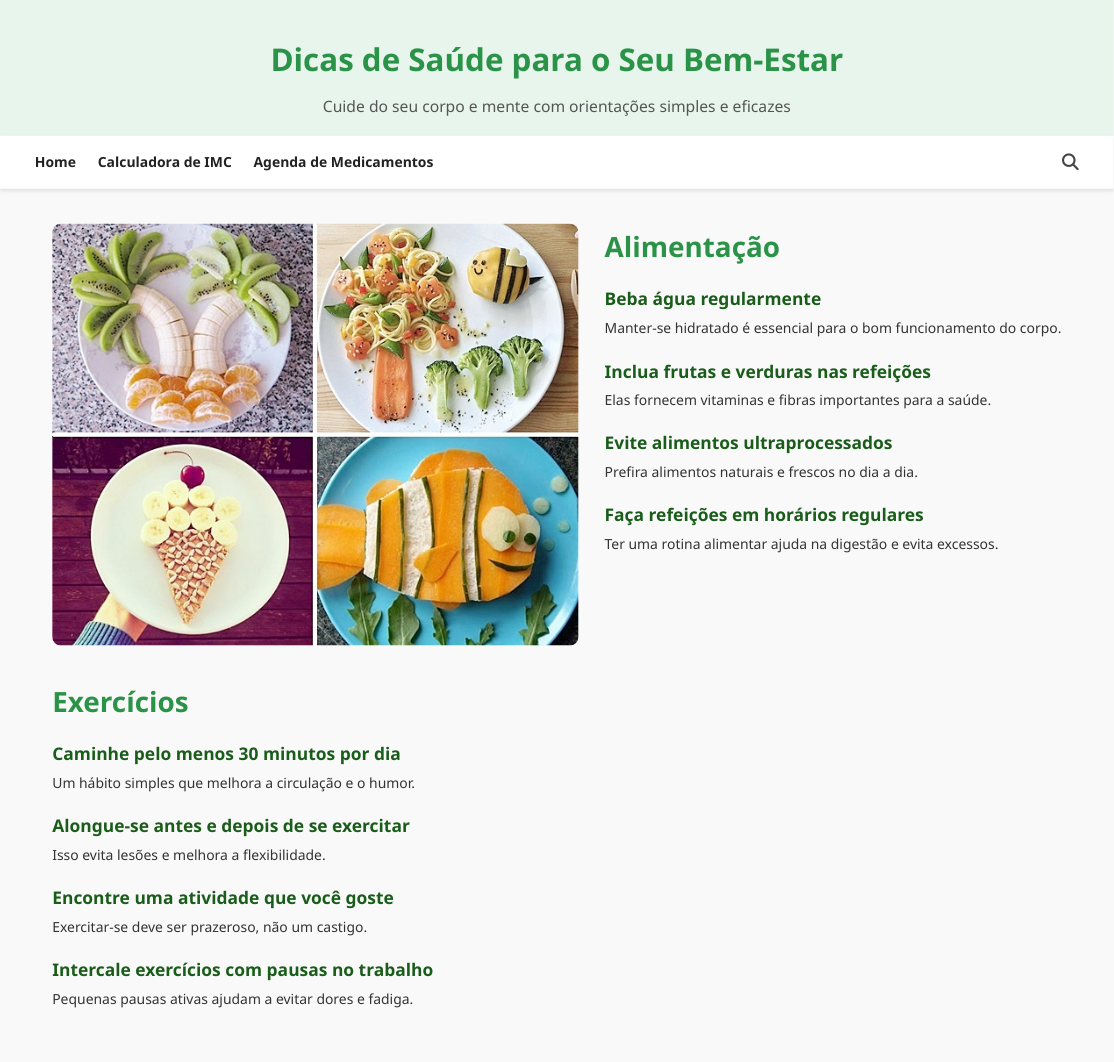
Repository: Cristiane-Sartori14/dicasSaude
Page: index.html
These files come from the project's save history. The page is drawn as it stood at one moment and after the next save; the edit follows.
The browser window is 1280 px wide. The pictures show the whole page, at 87% of full size.

Above is the page before, as saved 2025-05-18 22:17:51.

### index.html
<!DOCTYPE html>
<html lang="en">
  <head>
    <meta charset="UTF-8" />
    <meta name="viewport" content="width=device-width, initial-scale=1.0" />
    <title>Dicas de Saúde</title>
    <link rel="stylesheet" href="style.css" />

    <link
      rel="stylesheet"
      href="https://cdnjs.cloudflare.com/ajax/libs/font-awesome/6.5.0/css/all.min.css"
    />
  </head>
  <body>
    <!-- Título principal da página -->
    <section class="main-title">
      <h1>Dicas de Saúde para o Seu Bem-Estar</h1>
      <p>Cuide do seu corpo e mente com orientações simples e eficazes</p>
    </section>

    <!--Cabeçalho-->
    <header class="header">
      <div class="nav-container">
        <nav>
          <ul class="nav-links">
            <li><a href="#">Home</a></li>
            <li><a href="#">Calculadora de IMC</a></li>
            <li><a href="#">Agenda de Medicamentos</a></li>
          </ul>
        </nav>
        <div class="header-icons">
          <div class="icon search-icon">
            <i class="fa-solid fa-magnifying-glass"></i>
          </div>
        </div>
      </div>
    </header>

    <main class="health-container">
      <div class="health-image">
        <img src="img/alimento.jpg" alt="Prato com alimentação saudável" />
      </div>

      <section class="topic" id="" alimentacao>
        <h1 class="health-title">Alimentação</h1>

        <div class="tip">
          <h3>Beba água regularmente</h3>
          <p>
            Manter-se hidratado é essencial para o bom funcionamento do corpo.
          </p>
        </div>

        <div class="tip">
          <h3>Inclua frutas e verduras nas refeições</h3>
          <p>Elas fornecem vitaminas e fibras importantes para a saúde.</p>
        </div>

        <div class="tip">
          <h3>Evite alimentos ultraprocessados</h3>
          <p>Prefira alimentos naturais e frescos no dia a dia.</p>
        </div>

        <div class="tip">
          <h3>Faça refeições em horários regulares</h3>
          <p>Ter uma rotina alimentar ajuda na digestão e evita excessos.</p>
        </div>
      </section>

      <section class="topic" id="exercicios">
        <h1 class="health-title">Exercícios</h1>
        <div class="tip">
          <h3>Caminhe pelo menos 30 minutos por dia</h3>
          <p>Um hábito simples que melhora a circulação e o humor.</p>
        </div>
        <div class="tip">
          <h3>Alongue-se antes e depois de se exercitar</h3>
          <p>Isso evita lesões e melhora a flexibilidade.</p>
        </div>
        <div class="tip">
          <h3>Encontre uma atividade que você goste</h3>
          <p>Exercitar-se deve ser prazeroso, não um castigo.</p>
        </div>
        <div class="tip">
          <h3>Intercale exercícios com pausas no trabalho</h3>
          <p>Pequenas pausas ativas ajudam a evitar dores e fadiga.</p>
        </div>
      </section>
    </main>
  </body>
</html>

### style.css
* {
  box-sizing: border-box;
  margin: 0;
  padding: 0;
}

body {
  font-family: "Segoe UI", Tahoma, Verdana, sans-serif;
  background-color: #f9f9f9;
  color: #333;
  line-height: 1.6;
}

/*Título*/
.main-title {
  text-align: center;
  padding: 40px 20px 20px;
  background-color: #e7f5ec;
}

.main-title h1 {
  font-size: 36px;
  color: #2b9348;
  margin-bottom: 10px;
}

.main-title p {
  font-size: 18px;
  color: #555;
}

/* Cabeçalho */
.header {
  background-color: #ffffff;
  box-shadow: 0 2px 4px rgba(0, 0, 0, 0.1);
  padding: 15px 30px;
  position: sticky;
  top: 0;
  z-index: 10;
}

.nav-container {
  max-width: 1200px;
  margin: 0 auto;
  display: flex;
  justify-content: space-between;
  align-items: center;
}

.nav-links {
  list-style: none;
  display: flex;
  gap: 25px;
}

.nav-links a {
  text-decoration: none;
  color: #222;
  font-weight: 600;
  transition: color 0.3s ease;
}

.nav-links a:hover,
.header-icons i:hover {
  color: #2b9348;
}

.header-icons {
  display: flex;
  align-items: center;
  gap: 15px;
}

.icon {
  font-size: 1.2rem;
  background: none;
  border: none;
  cursor: pointer;
  color: #444;
}

/* Conteúdo principal */
.health-container {
  display: flex;
  flex-wrap: wrap;
  max-width: 1200px;
  margin: 40px auto;
  gap: 30px;
  padding: 0 20px;
}

.health-image {
  flex: 1 1 300px;
}

.health-image img {
  width: 100%;
  height: auto;
  border-radius: 10px;
}

.health-details {
  flex: 2 1 500px;
}

.health-title {
  color: #2b9348;
  font-size: 32px;
  margin-bottom: 20px;
}

.tip {
  margin-bottom: 20px;
}

.tip h3 {
  font-size: 20px;
  color: #1a5d1a;
}

.tip p {
  margin-top: 5px;
}

/* Responsivo */
@media (max-width: 768px) {
  .health-container {
    flex-direction: column;
    align-items: center;
  }

  .nav-links {
    flex-direction: column;
    align-items: center;
    gap: 10px;
  }

  .nav-container {
    flex-direction: column;
    gap: 10px;
  }
}

After the next save:
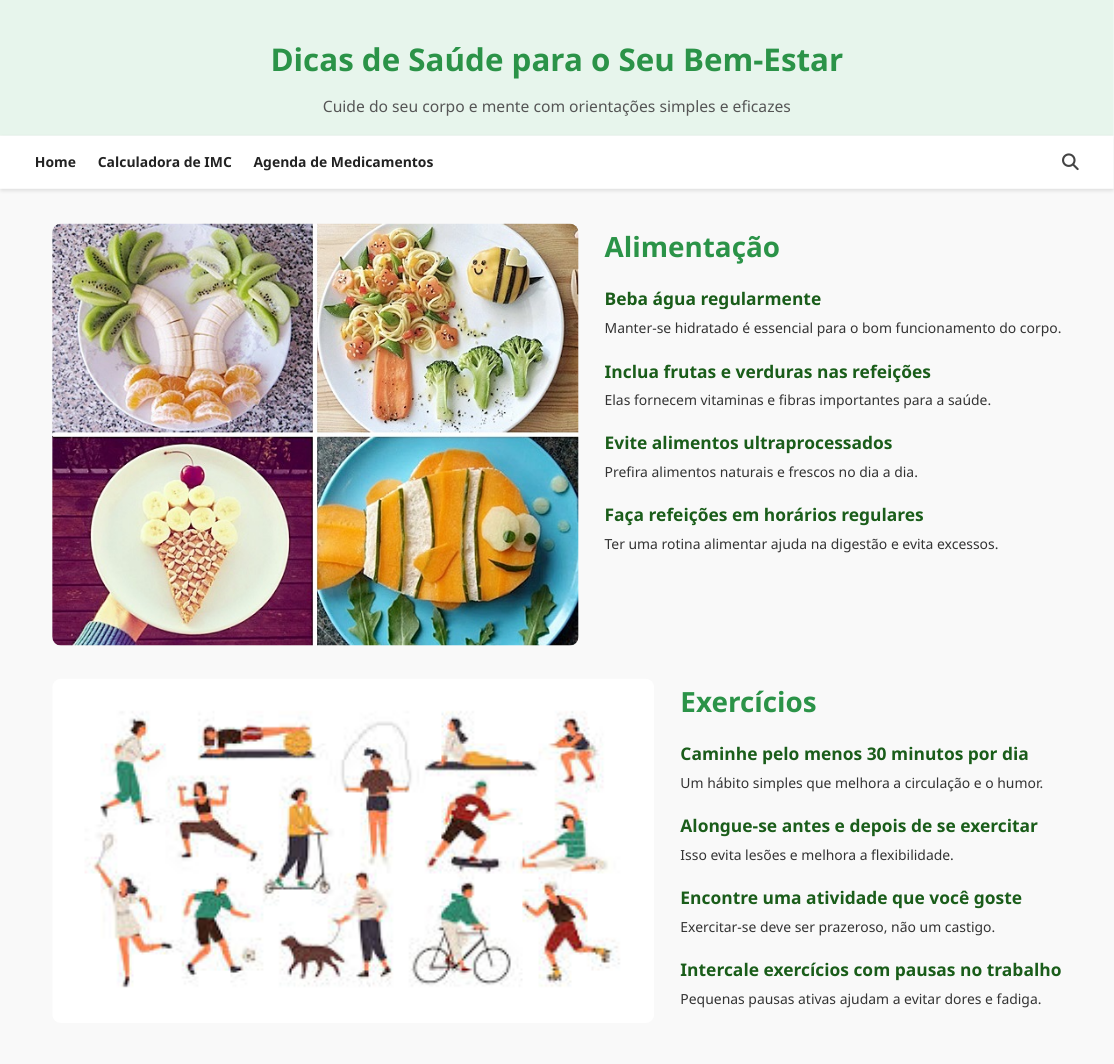
Saved 2 min 32 s later.
--- a/index.html
+++ b/index.html
@@ -67,6 +67,9 @@
         </div>
       </section>
 
+       <div class="health-image">
+        <img src="img/exercicio.jpg" alt="Exercicio saudável" />
+      </div>
       <section class="topic" id="exercicios">
         <h1 class="health-title">Exercícios</h1>
         <div class="tip">
